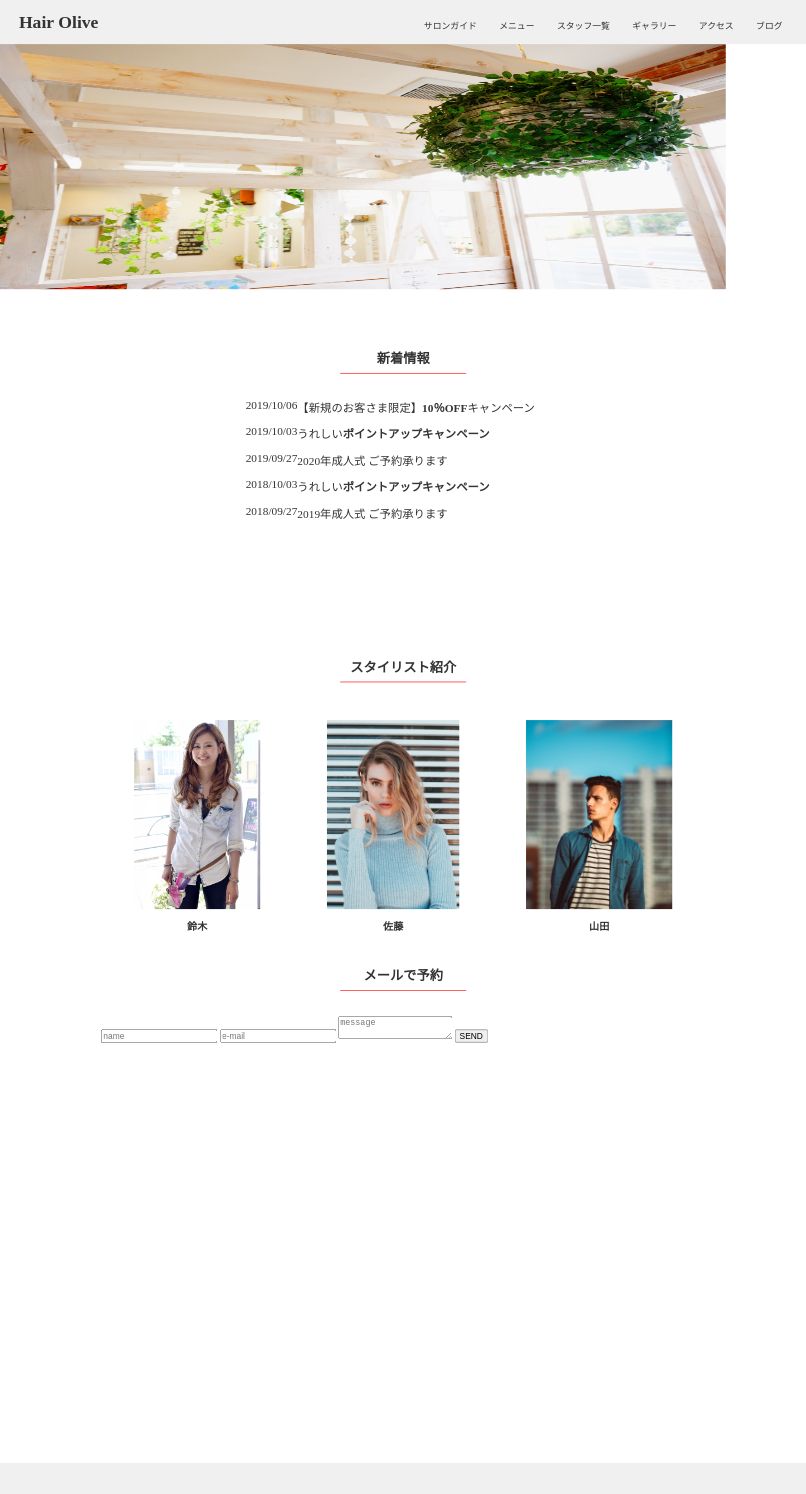
Repository: gorirawomen/first_app
Page: html_css/hair_olive/index.html
The author's editor kept a record of every edit. The page is drawn from the files as they stood at one moment, then again after the next edit.
The browser window is 1280 px wide. The pictures show the whole page, at 63% of full size.

Above is the page before.

### html_css/hair_olive/index.html
<!DOCTYPE HTML>
<html>
  <head>
    <meta charset="UTF-8">
    <link rel="stylesheet" href="style.css">
    <title>Hair OLIVE</title>
  </head>
  <body>
    <header>
      <div class="heading">
        <h1 class="title">Hair Olive</h1>
      </div>
      <div class="navbar">
        <ul class="nav-lists">
          <li>サロンガイド</li>
          <li>メニュー</li>
          <li>スタッフ一覧</li>
          <li>ギャラリー</li>
          <li>アクセス</li>
          <li>ブログ</li>
        </ul>
      </div>
    </header>

    <div class="contents">
      <div class="first-view">
        <img src="images/hero.jpg" alt="トップ画" class="top-image"></img>
        <!-- 『トップ画像』を表示する -->
      </div>
      <div class="upper-content">
        <h2 class="heading-name">新着情報</h2>
        <ul class="messages">
          <li class="message">
            <div class="message-date">2019/10/06</div>
            <div>【新規のお客さま限定】<b>10％OFF</b>キャンペーン</div>
          </li>
          <li class="message">
            <div class="message-date">2019/10/03</div>
            <div>うれしい<b>ポイントアップキャンペーン</b></div>
          </li>
          <li class="message">
            <div class="message-date">2019/09/27</div>
            <div>2020年成人式 ご予約承ります</div>
          </li>
          <li class="message">
            <div class="message-date">2018/10/03</div>
            <div>うれしい<b>ポイントアップキャンペーン</b></div>
          </li>
          <li class="message">
            <div class="message-date">2018/09/27</div>
            <div>2019年成人式 ご予約承ります</div>
          </li>
        </ul>
        <!-- 『新着情報』を表示する -->
      </div>
      <div class="middle-content">
                <h2 class="heading-name">スタイリスト紹介</h2>
        <ul class="stylist-list">
          <li>
            <img src="images/staff1.jpg" alt="staff1" class="stylist-image">
            <h4 class="stylist-name">鈴木</h4>
          </li>
          <li>
            <img src="images/staff2.jpg" alt="staff2" class="stylist-image">
            <h4 class="stylist-name">佐藤</h4>
          </li>
          <li>
            <img src="images/staff3.jpg" alt="staff3" class="stylist-image">
            <h4 class="stylist-name">山田</h4>
          </li>
        </ul>
        <!-- 『スタイリスト紹介』を表示する -->
      </div>
      <div class="bottom-content">
        <form class="contact-form">
          <h2 class="heading-name">メールで予約</h2>
          <input type="text" placeholder="name" class="small-field">
          <input type="text" placeholder="e-mail" class="small-field">
          <textarea placeholder="message" class="large-field"></textarea>
          <input type="submit" value="SEND" class="send">
        </form>
        <!-- 『フォーム』を表示する -->
      </div>
    </div>

    <footer>
    </footer>
  </body>
</html>

### html_css/hair_olive/style.css
/* リセットCSS */
body {
  font-size: 14px;
  color: #333;
  margin: 0 auto;
}
h1,h2,h3,h4,h5,h6,p {
  padding: 10px 0;
  margin: 0;
}

ul,li {
  padding: 0;
  margin: 0;
}

/* ヘッダー */
header {
  height: 50px;
  background-color: #f0f0f0;
  display: flex;
  padding: 10px 0;
}

.heading {
  width: 50%;
  margin-left: 30px;
}

.navbar {
  width: 50%;
  padding: 20px;
}

.nav-lists {
  display: flex;
  justify-content: space-around;
}

li {
  list-style: none;
}

/* first-viewクラスからbottom-contentクラスまでの要素の親要素 */
.contents {
  background-color: white;
}

.first-view{
  height: 60vh;
}

.top-image {
  height: 90%;
  width: 90%;
}

/* 新着情報 */
.upper-content{
  height: 450px;
  margin: 0 160px;
}

.heading-name {
  text-align: center;
  border-bottom: 1px solid red;
  width: 200px;
  margin: 40px auto;
}

.messages {
  width: 50vw;
  margin: 0 auto;
}

.message {
  display: flex;
  font-size: 18px;
  margin: 0 0 16px 70px;
}

/* スタイリスト紹介 */
.middle-content{
  height: 450px;
  margin: 0 160px;
}

.stylist-list{
  display: flex;
  justify-content: space-around;
  margin: 60px 0;
}

.stylist-image {
  height: 300px;
}

.stylist-name {
  font-size: 16px;
  text-align: center;
}

/* フォーム */
.bottom-content {
  height: 800px;
  margin: 0 160px;
}

/* フッター */
footer {
  height: 50px;
  background-color: #f0f0f0;
}

After the next edit:
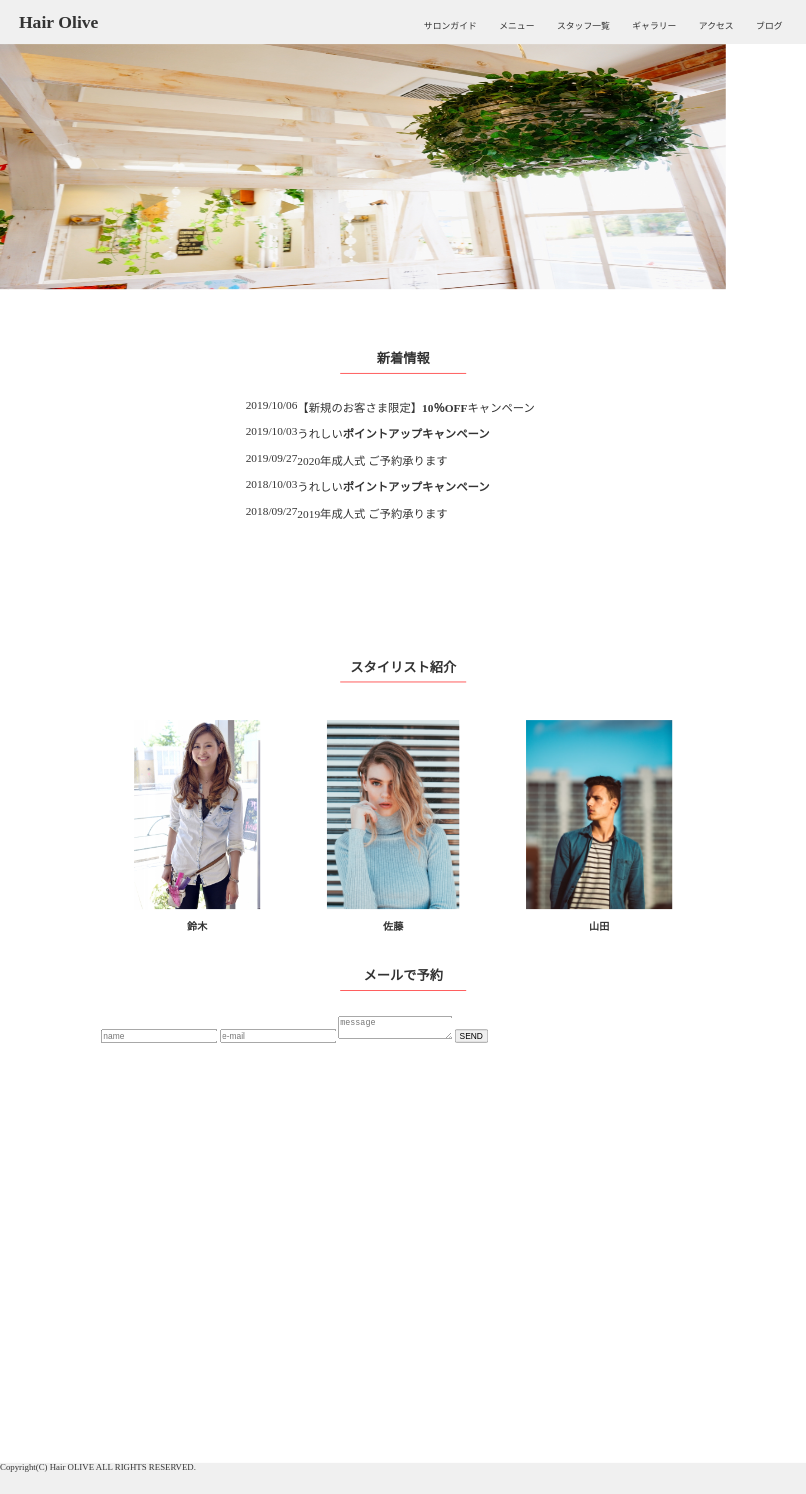
The edit:
--- a/html_css/hair_olive/index.html
+++ b/html_css/hair_olive/index.html
@@ -83,7 +83,8 @@
       </div>
     </div>
 
-    <footer>
+    <footer
+       <p>Copyright(C) Hair OLIVE ALL RIGHTS RESERVED.</p>
     </footer>
   </body>
 </html>
